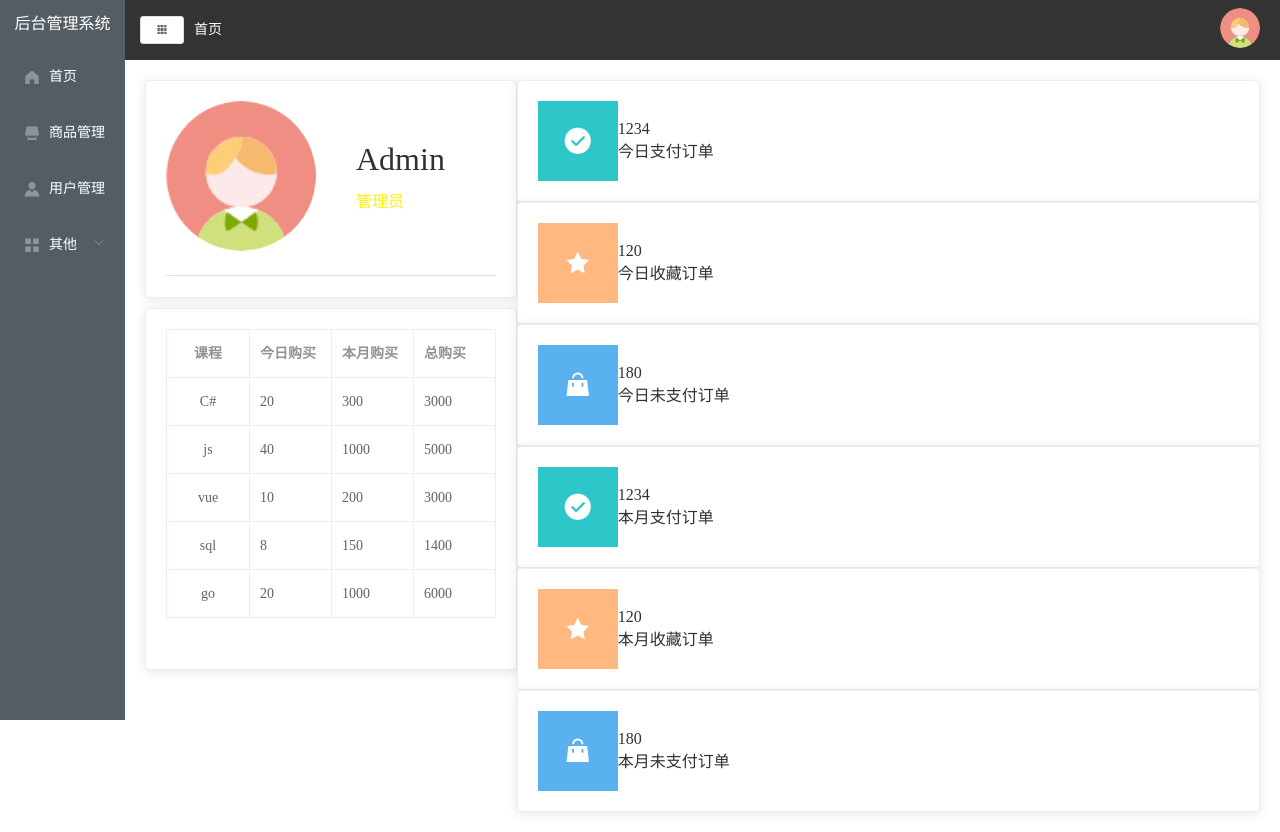
Repository: tkqi/manage
Page: /
These files come from the project's save history. The page is drawn as it stood at one moment and after the next save; the edit follows.
The browser window is 1280 px wide. The pictures show the whole page.
The project was rebuilt for these pictures with package versions that can differ from the ones it lists, and the page was loaded fresh each time. Also part of the build but not shown: vue.config.js.

Above is the page before, as saved 2023-12-06 11:28:52.

### src/main.js
import Vue from 'vue'
import App from './App.vue'
import router from './router'
import store from './store'
import ElementUI from 'element-ui';
import 'element-ui/lib/theme-chalk/index.css';

Vue.config.productionTip = false
Vue.use(ElementUI);

new Vue({
  router,
  store,
  render: h => h(App)
}).$mount('#app')

### src/App.vue
<template>
  <div id="app">
    <!-- 路由出口 -->
    <router-view />
  </div>
</template>

<script>
export default {
  name: 'App'
}
</script>

<style lang="less">
html,
body,
h3,
p {
  margin: 0;
  padding: 0;
}
</style>

### src/router/index.js
/* eslint-disable no-unused-vars */
import Vue from 'vue'
import VueRouter from 'vue-router'
import routes from './routes'
Vue.use(VueRouter)


const router = new VueRouter({
  routes: routes
})

router.afterEach((to, from)=>{
  document.title = to.meta.title;
})

// 暴露router实例
export default router

### src/store/index.js
import Vue from 'vue'
import Vuex from 'vuex'
import tab from './tab.js'

Vue.use(Vuex)

const store = new Vuex.Store({
  state: {

  },
  getters: {
  },
  mutations: {
  },
  actions: {
  },
  modules: {
    tab
  }
})

export default store;

### src/router/routes.js
export default [
    // 主路由
    {
        path: '/',
        component: () => import('../views/Main.vue'),
        redirect: '/home',// 重定向
        // 子路由
        children: [
            {
                // 首页
                path: '/home',
                // 路由组件懒加载
                component: () => import('../views/Home.vue'),
                meta: { title: '首页' }
            },
            {
                // 用户管理
                path: '/user',
                component: () => import('../views/User.vue'),
                meta: { title: '用户管理' }
            },
            {
                // 商品管理
                path: '/mall',
                component: () => import('../views/Mall.vue'),
                meta: { title: '商品管理' }
            },
            {
                // 其他/页面1
                path: '/page1',
                component: () => import('../views/Page1.vue'),
                meta: { title: '页面1' }
            },
            {
                // 其他/页面2
                path: '/page2',
                component: () => import('../views/Page2.vue'),
                meta: { title: '页面2' }
            },
        ]
    },
    {
        path: '/home',
        // 路由组件懒加载
        component: () => import('../views/Home.vue')
    },
    {
        path: '/user',
        component: () => import('../views/User.vue')
    }
]

### src/store/tab.js
// 菜单相关数据
export default {
    state: {
        isCollapse: false
    },
    getters: {
        getisCollapse: (state) => state.isCollapse
    },
    mutations: {
        EDITIsCollapse(state){
            state.isCollapse = !state.isCollapse;
        }
    }
}

### src/views/Main.vue
<!-- eslint-disable vue/multi-word-component-names -->
<template>
    <div>
        <el-container>
            <el-aside width="auto">
                <sidebar />
            </el-aside>
            <el-container>
                <el-header>
                    <topbar />
                </el-header>
                <el-main>
                    <transition>
                        <keep-alive>
                            <router-view />
                        </keep-alive>
                    </transition>
                </el-main>
            </el-container>
        </el-container>
    </div>
</template>

<script>
import sidebar from '../components/sidebar.vue'
import topbar from '../components/topbar.vue';
export default {
    components: {
        sidebar,
        topbar
    }
}
</script>

<style lang="less" scoped>
.el-header {
    padding: 0;
    margin: 0;
}
</style>

### src/views/Home.vue
<!-- eslint-disable vue/multi-word-component-names -->
<template>
    <el-row>
        <el-col :span="8">
            <div>
                <el-card class="box-card">
                    <div class="user">
                        <img class="img" src="../assets/img/user-default.png" alt="">
                        <div class="user-info">
                            <P class="name">Admin</P>
                            <p class="access">管理员</p>
                        </div>
                    </div>
                    <el-divider></el-divider>
                    <div class="login-info">
                        <p>上次登录时间: <span>2023-12-03</span></p>
                        <p>上次登录地点: <span>绍兴</span></p>
                    </div>
                </el-card>
                <el-card class="table">
                    <el-table :data="tableData" border style="width: 100%">
                        <el-table-column prop="course" label="课程" :min-width="30" width="auto" align="center">
                        </el-table-column>
                        <el-table-column prop="buytoday" label="今日购买" :min-width="30" width="auto">
                        </el-table-column>
                        <el-table-column prop="buythemonth" label="本月购买" :min-width="30" width="auto">
                        </el-table-column>
                        <el-table-column prop="buyall" label="总购买" :min-width="30" width="auto">
                        </el-table-column>
                    </el-table>
                </el-card>
            </div>
        </el-col>
        <el-col :span="16">
            <div class="buy">
                <el-card v-for="(item, index) in countData" :key="index" :body-style="{ display: 'flex', width:'30%'}">
                    <i class="icon" :class="`el-icon-${item.icon}`" :style="{ background: item.color }"></i>
                    <div class="buy-content">
                        <p>{{ item.value }}</p>
                        <p>{{ item.label }}</p>
                    </div>
                </el-card>
            </div>
        </el-col>
    </el-row>
</template>

<script>
export default {
    data() {
        return {
            tableData: [
                {
                    course: 'C#',
                    buytoday: 20,
                    buythemonth: 300,
                    buyall: 3000
                },
                {
                    course: 'js',
                    buytoday: 40,
                    buythemonth: 1000,
                    buyall: 5000
                },
                {
                    course: 'vue',
                    buytoday: 10,
                    buythemonth: 200,
                    buyall: 3000
                },
                {
                    course: 'sql',
                    buytoday: 8,
                    buythemonth: 150,
                    buyall: 1400
                },
                {
                    course: 'go',
                    buytoday: 20,
                    buythemonth: 1000,
                    buyall: 6000
                }
            ],
            countData: [
                {
                    label: '今日支付订单',
                    value: 1234,
                    color: '#2ec7c9',
                    icon: 'success'
                },
                {
                    label: '今日收藏订单',
                    value: 120,
                    color: '#ffb980',
                    icon: 'star-on'
                },
                {
                    label: '今日未支付订单',
                    value: 180,
                    color: '#5ab1ef',
                    icon: 's-goods'
                },
                {
                    label: '本月支付订单',
                    value: 1234,
                    color: '#2ec7c9',
                    icon: 'success'
                },
                {
                    label: '本月收藏订单',
                    value: 120,
                    color: '#ffb980',
                    icon: 'star-on'
                },
                {
                    label: '本月未支付订单',
                    value: 180,
                    color: '#5ab1ef',
                    icon: 's-goods'
                }
            ]
        }
    }
}
</script>
<style lang="less" scoped>
.box-card {
    height: 30vh;

    .user {
        display: flex;
        align-items: center;
        padding-right: 0px;

        .user-info {
            .name {
                font-size: 32px;
                margin-bottom: 10px;
            }

            .access {
                color: #fff000;
            }
        }

        img {
            height: 150px;
            width: 150px;
            border-radius: 50%;
            margin-right: 40px;
        }
    }
}

.login-info {
    line-height: 25px;

    p {
        font-size: 12px;

        span {
            font-size: 12px;
            margin-left: 50px;
        }
    }
}

.table {
    margin-top: 10px;
    height: 50vh;

    el-table {
        height: 100%;
    }
}
.buy{
    .icon {
    width: 80px;
    height: 80px;
    font-size: 30px;
    color: #fff;
    text-align: center;
    line-height: 80px;
    }
    .buy-content{
        display: flex;
        flex-direction: column;
        justify-content: center;
    }
}

</style>

### src/components/sidebar.vue
<!-- eslint-disable vue/multi-word-component-names -->
<template>
    <el-menu class="menu" @open="handleOpen" @close="handleClose" :collapse="isCollapse" background-color="#545c64"
        text-color="#fff" active-text-color="#ffd04b">
        <h3>{{ !isCollapse?'后台管理系统':'后台' }}</h3>
        <el-menu-item v-for="item in noChildren" :key="item.name" :index="item.name" @click="clickMenu(item)">
            <i :class="`el-icon-${item.icon}`"></i>
            <span slot="title">{{ item.label }}</span>
        </el-menu-item>
        <el-submenu v-for="item in hasChildren" :key="item.label" :index="item.label">
            <template slot="title">
                <i :class="`el-icon-${item.icon}`"></i>
                <span slot="title">{{ item.label }}</span>
            </template>
            <el-menu-item-group v-for="subitem in item.children" :key="subitem.name">
                <el-menu-item :index="subitem.name" @click="clickSubmenu(subitem)">
                    <!-- <template slot="title"> -->
                    <i :class="`el-icon-${subitem.icon}`"></i>
                    <span slot="title">{{ subitem.name }}</span>
                    <!-- </template> -->
                </el-menu-item>
            </el-menu-item-group>
        </el-submenu>
    </el-menu>
</template>

<script>
export default {
    computed: {
        // 无子菜单
        noChildren() {
            return this.menuData.filter(o => !o.children);
        },
        // 有子菜单
        hasChildren() {
            return this.menuData.filter(o => o.children);
        },
        isCollapse() {
           return this.$store.state.tab.isCollapse;
        }
    },
    data() {
        return {
            // 使用store实时改变属性需要定义到computed
            // isCollapse: this.$store.getters('getisCollapse'),
            menuData: [
                {
                    path: '/',
                    name: 'home',
                    label: "首页",
                    icon: 's-home',
                    url: 'Home/Home'
                },
                {
                    path: '/mall',
                    name: 'mall',
                    label: "商品管理",
                    icon: 's-shop',
                    url: 'MallManage/MallManage'
                },
                {
                    path: '/user',
                    name: 'user',
                    label: "用户管理",
                    icon: 's-custom',
                    url: 'UserManage/UserManage'
                },
                {
                    label: '其他',
                    icon: 'menu',
                    children: [
                        {
                            path: '/page1',
                            name: 'page1',
                            label: "页面1",
                            icon: 's-claim',
                            url: 'Other/PageOne'
                        },
                        {
                            path: '/page2',
                            name: 'page2',
                            label: "页面2",
                            icon: 's-claim',
                            url: 'Other/PageTwo'
                        },
                    ]
                }
            ]
        };
    },
    methods: {
        handleOpen(key, keyPath) {
            console.log(key, keyPath);
        },
        handleClose(key, keyPath) {
            console.log(key, keyPath);
        },
        clickMenu(item) {
            console.log(this.$router.currentRoute.path);
            // 判断当前路由于点击链接的路由不一致才跳转
            if (item.path != this.$route.path && !(this.$route.path == '/home' && item.path == '/'))
                this.$router.push(item.path);
        },
        clickSubmenu(subitem) {
            // 判断当前路由于点击链接的路由不一致才跳转
            if (subitem.path != this.$route.path)
                this.$router.push(subitem.path);
        }
    }
}
</script>

<style lang="less" scoped>
.el-menu-vertical-demo:not(.el-menu--collapse) {
    width: 200px;
    min-height: 400px;
}

.menu {
    height: 100vh;
    border-right:0;
    h3 {
        color: rgb(255, 255, 255);
        text-align: center;
        line-height: 48px;
        font-size: 16px;
        font-weight: 400;
    }
}
</style>

### src/components/topbar.vue
<!-- eslint-disable vue/multi-word-component-names -->
<template>
    <div class="head-container">
        <div class="l-content">
            <el-button icon="el-icon-s-grid" size="mini" @click="changeCollapse()"/>
            <!-- 面包屑 -->
            <span class="text">首页</span>
        </div>
        <div class="r-content">
            <el-dropdown>
                <span class="el-dropdown-link">
                    <img class="img" src="../assets/img/user-default.png" alt="">
                </span>
                <el-dropdown-menu slot="dropdown">
                    <el-dropdown-item>个人中心</el-dropdown-item>
                    <el-dropdown-item>退出</el-dropdown-item>
                </el-dropdown-menu>
            </el-dropdown>
        </div>
    </div>
</template>

<script>
export default {
    data(){
        return{

        }
    },
    methods:{
        changeCollapse(){
            console.log(1);
            this.$store.commit('EDITIsCollapse');
        }
    }
}
</script>

<style lang="less" scoped>
.head-container {
    background-color: #333;
    height: 60px;
    display: flex;
    justify-content: space-between;
    align-items: center;
    padding-left: 15px;
    padding-right: 20px;
}

// .l-content {
//     padding-left: 15px;
// }

// .r-content {}

.text {
    color: white;
    font-size: 14px;
    padding-left: 10px;
}

.img{
    height: 40px;
    width: 40px;
    border-radius: 50%;
}
</style>

Loaded but not shown: public/index.html (common file)

After the next save:
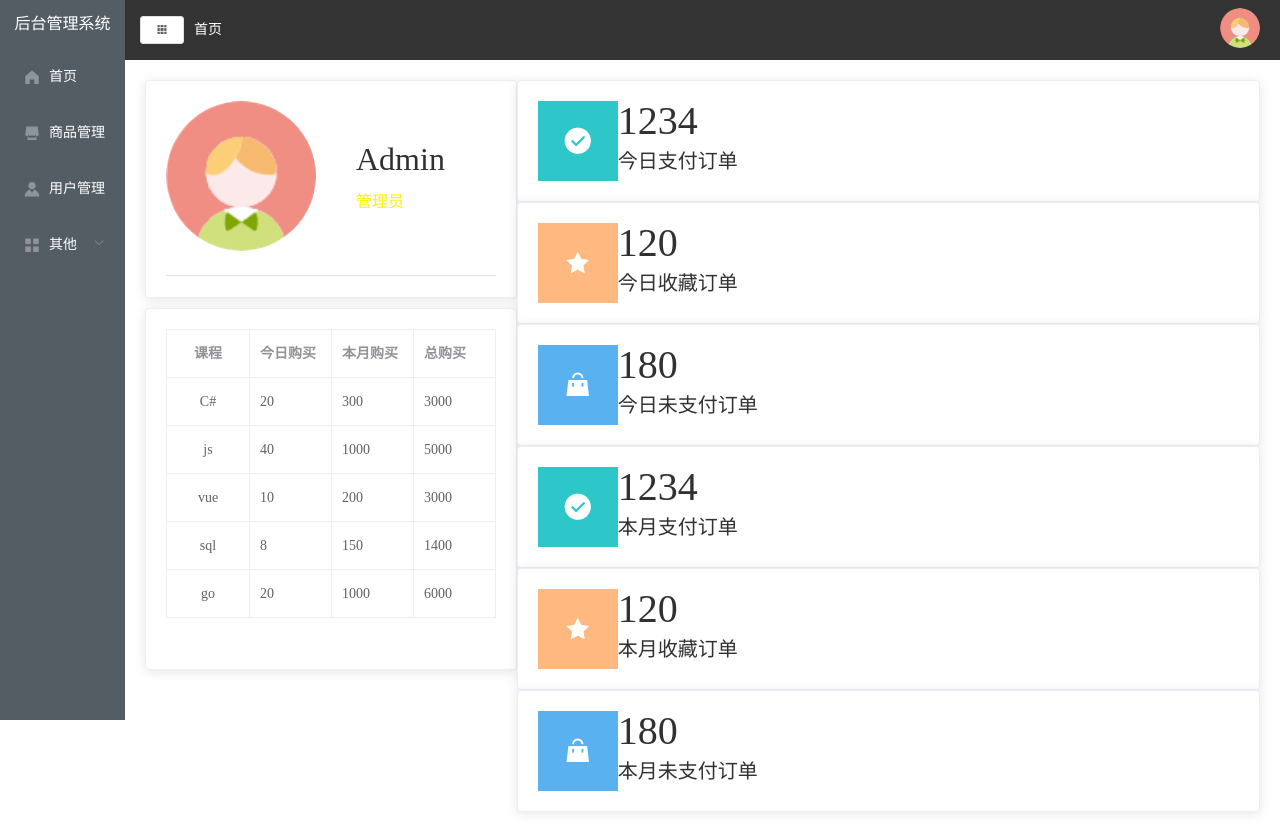
Saved 101 s later.
--- a/src/views/Home.vue
+++ b/src/views/Home.vue
@@ -36,8 +36,8 @@
                 <el-card v-for="(item, index) in countData" :key="index" :body-style="{ display: 'flex', width:'30%'}">
                     <i class="icon" :class="`el-icon-${item.icon}`" :style="{ background: item.color }"></i>
                     <div class="buy-content">
-                        <p>{{ item.value }}</p>
-                        <p>{{ item.label }}</p>
+                        <p class="value">{{ item.value }}</p>
+                        <p class="label">{{ item.label }}</p>
                     </div>
                 </el-card>
             </div>
@@ -186,6 +186,14 @@ export default {
         display: flex;
         flex-direction: column;
         justify-content: center;
+        .value{
+            font-size: 40px;
+            line-height: 40px;
+        }
+        .label{
+            font-size: 20px;
+            line-height: 40px;
+        }
     }
 }
 
